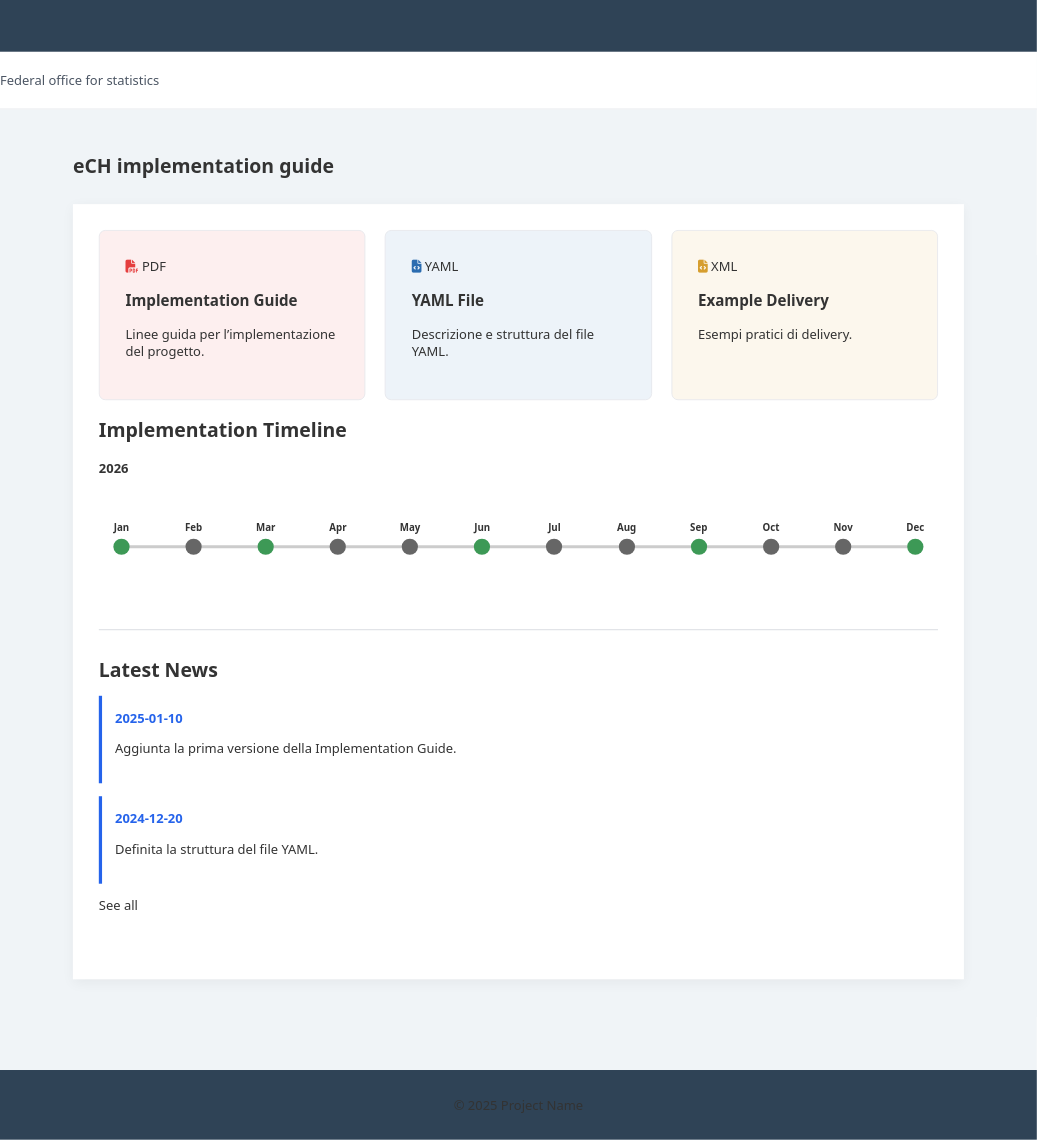
Repository: bfspoku/ech-0252-docs
Page: index.html
These files come from the project's save history. The page is drawn as it stood at one moment and after the next save; the edit follows.
The browser window is 1280 px wide. The pictures show the whole page, at 81% of full size.

Above is the page before, as saved 2025-12-16 17:43:36.

After the next save:
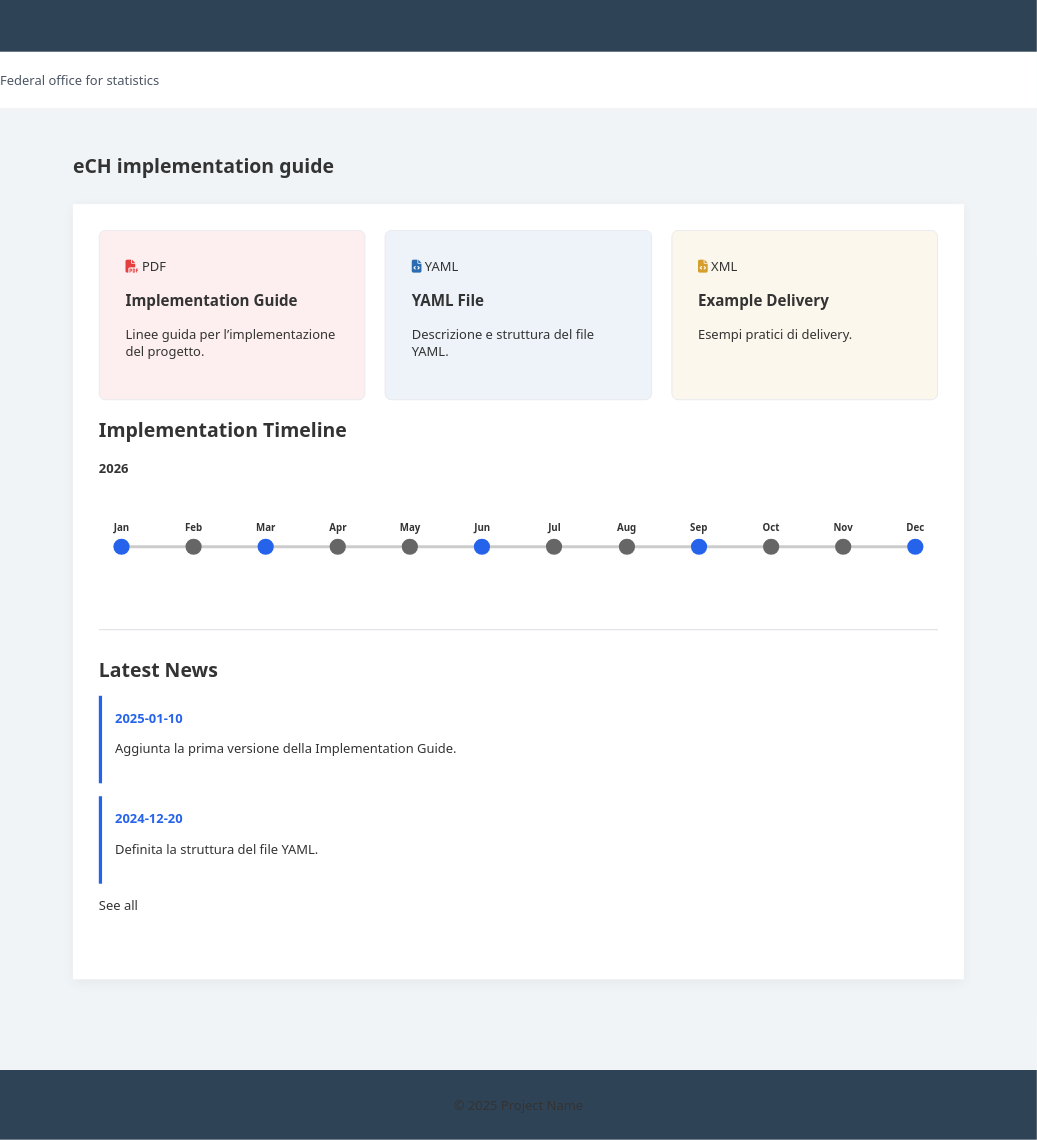
Saved 2 min 46 s later.
--- a/css/style.css
+++ b/css/style.css
@@ -153,14 +153,14 @@
   .month-point-active{
       width: 20px;
       height: 20px;
-      background-color: #3d9956;
+      background-color:  #2563eb;
       border-radius: 50%;
       position: relative;
       cursor: default;
   }
 
   .month-point-active:hover {
-    background-color:#771672;
+    background-color: #0853f6;
   }
 
   .month-label {
